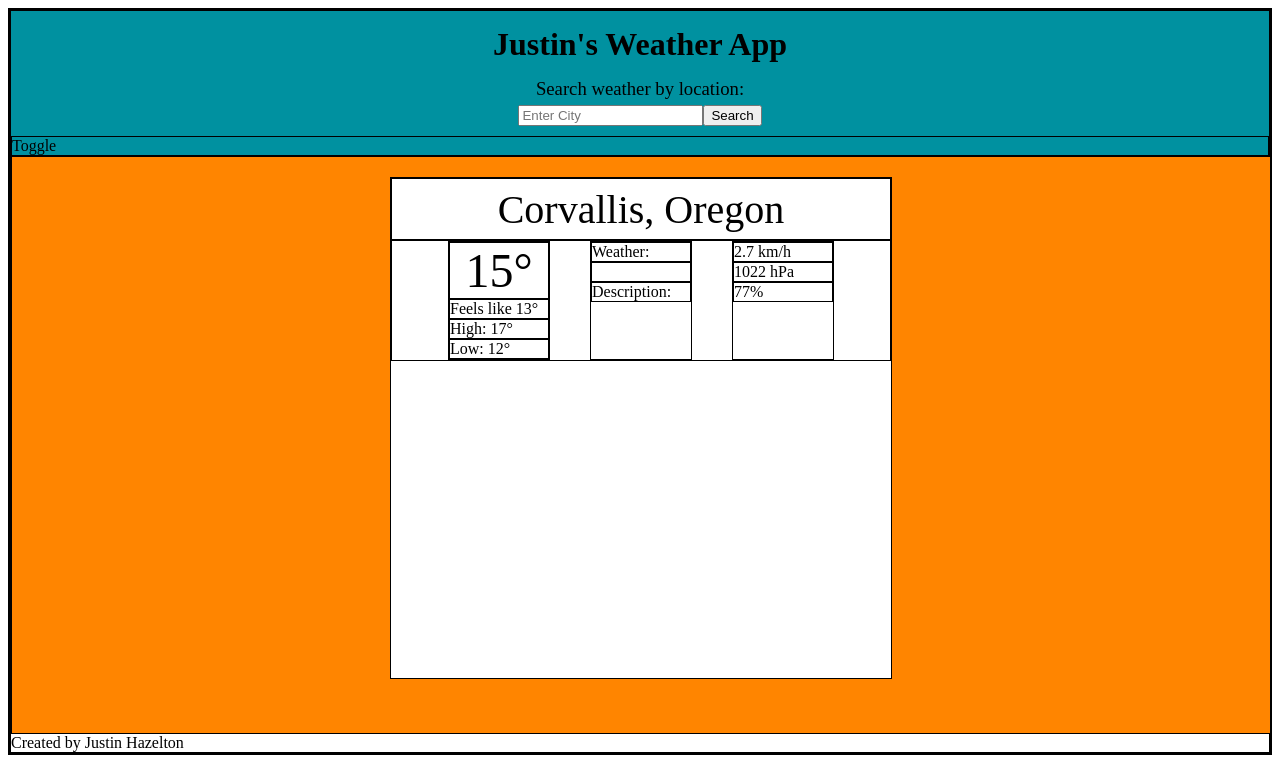
Repository: J-Haze/Weather
Page: /
These files come from the project's save history. The page is drawn as it stood at one moment and after the next save; the edit follows.
The browser window is 1280 px wide. The pictures show the whole page.
The project was rebuilt for these pictures with package versions that can differ from the ones it lists, and the page was loaded fresh each time. Also part of the build but not shown: src/index.css.

Above is the page before, as saved 2020-09-06 20:27:50.

### public/index.html
<!DOCTYPE html>
<html lang="en">
  <head>
    <meta charset="utf-8" />
    <link rel="icon" href="%PUBLIC_URL%/favicon.ico" />
    <meta name="viewport" content="width=device-width, initial-scale=1" />
    <meta name="theme-color" content="#000000" />
    <meta
      name="description"
      content="Web site created using create-react-app"
    />
    <link rel="apple-touch-icon" href="%PUBLIC_URL%/logo192.png" />
    <!--
      manifest.json provides metadata used when your web app is installed on a
      user's mobile device or desktop. See https://developers.google.com/web/fundamentals/web-app-manifest/
    -->
    <link rel="manifest" href="%PUBLIC_URL%/manifest.json" />
    <!--
      Notice the use of %PUBLIC_URL% in the tags above.
      It will be replaced with the URL of the `public` folder during the build.
      Only files inside the `public` folder can be referenced from the HTML.

      Unlike "/favicon.ico" or "favicon.ico", "%PUBLIC_URL%/favicon.ico" will
      work correctly both with client-side routing and a non-root public URL.
      Learn how to configure a non-root public URL by running `npm run build`.
    -->
    <title>Weather App ⛅</title>
  </head>
  <body>
    <noscript>You need to enable JavaScript to run this app.</noscript>
    <div id="root"></div>
    <!--
      This HTML file is a template.
      If you open it directly in the browser, you will see an empty page.

      You can add webfonts, meta tags, or analytics to this file.
      The build step will place the bundled scripts into the <body> tag.

      To begin the development, run `npm start` or `yarn start`.
      To create a production bundle, use `npm run build` or `yarn build`.
    -->
  </body>
</html>

### src/App.js
import React from "react";
import "./App.css";
import Weather from "./components/Weather"
// import Results from "./components/Results"

function App() {
  return (
    <div className="App" >
        <Weather />
    </div >
  )

}

export default App;

### src/App.css
:root{
    --light-blue: rgb(0,145,160);
    --orange: rgb(255, 133, 0);
    --dark-blue: rgb(0, 39, 96);
}

div {
    border: solid black 1px;
}

/* #root{
        width: 100%;
        height: 100%;
        bottom: 0px;
}

#app{
        width: 100%;
        height: 100%;
        bottom: 0px;
} */

header{
    background-color: var(--light-blue);
    display: flex;
    flex-direction: column;
    margin-left: auto;
    margin-right: auto;
    justify-content: center;
}

#title{
    display: flex;
    margin-left: auto;
    margin-right: auto;
    justify-content: center;
    /* align-items: center; */
    font-size: 2em;
    margin-top: 15px;
    margin-bottom: 15px;
    font-weight: bold;

    border: none;
}

#subtitle{
    display: flex;
    justify-content: center;
     align-items: center;
     margin-top: none;
     margin-bottom: 5px;;
    font-size: 1.17em;

    border: none;
}

#form{
    display: flex;
    margin-bottom: 10px;
}

#search-box{
    display: flex;
        margin-left: auto;
    justify-content: center;
     align-items: center;

}

#search-button{
    margin-right: auto;

      position: relative;
  /* width: 30px; */
  /* height: 30px;
  line-height: 30px; */
  color: black;
  /* flex-shrink: 0; */
}

#fa-search-location{
    display: flex;
    height: 100%;
    width: 100%;
    color: black;
}

#results-section{
    background-color: var(--orange);
    width: 100%;
    margin-top: 0px;
    height: 100%;
    min-height: 80vh;
}



#results-card{
    background-color: white;
    width: 500px;
    height: 500px;
    margin-top: 20px;
    margin-left: auto;
    margin-right: auto;
}

.location{
    display: flex;
    margin-left: auto;
    margin-right: auto;
    justify-content: center;
     align-items: center;
     height: 60px;
     font-size: 2.5em;
}

.row{
    display: flex;
}

.temp-container{
    margin-left: auto;
    width: 100px;
}

.weather-container{
    margin-left: 40px;
    margin-right: 40px;
    width: 100px;
}

.other-container{
    margin-right: auto;
    width: 100px;
}

.temp-main{
    display: flex;
    font-size: 3em;
    justify-content: center;
    align-items: center;
}

.temp{
}

### src/components/Weather.js
import React from 'react';
// import getWeather from "./getWeather";
import { useState, useEffect } from 'react';
import "../App.css";
// import { getIconClass, makeDate } from '../Helpers';

//Weather Icons
import sun from '../assets/icons/01n.png'
import cloud from '../assets/icons/02n.png'
import scatteredCloud from '../assets/icons/03n.png'
import brokenCloud from '../assets/icons/04n.png'
import rain from '../assets/icons/09n.png'
import heavyRain from '../assets/icons/10n.png'
import thunderstorm from '../assets/icons/11n.png'
import snow from '../assets/icons/13n.png'
import mist from '../assets/icons/50n.png'


const Weather = () => {

    let [error, setError] = useState(false);
    let [loading, setLoading] = useState(false);
    let [errorMessage, setErrorMessage] = useState("");

    let [location, setLocation] = useState("");
    const [data, setData] = useState(null);
    const [url, setUrl] = useState("")

    const [city, setCity] = useState("");
    const [country, setCountry] = useState("");
    const [weather, setWeather] = useState("");
    const [description, setDescription] = useState("");
    const [icon, setIcon] = useState("");
    const [pressure, setPressure] = useState("");
    const [humidity, setHumidity] = useState("");
    const [wind, setWind] = useState("");

    const [temp, setTemp] = useState("");
    const [max, setMax] = useState("");
    const [min, setMin] = useState("");
    const [feel, setFeel] = useState("");

    // const [searched, setSearched] = useState("false")

    //to keep API hidden:
    //const API_KEY = process.env.REACT_APP_API_KEY;
    const API_KEY = process.env.REACT_APP_API_KEY;


    const handleChange = (event) => {
        event.preventDefault();
        setLocation(event.target.value);
        console.log("event.target.value:", event.target.value)
    };

    const handleSubmit = (event) => {
        event.preventDefault();
        let urlInput = `https://api.openweathermap.org/data/2.5/weather?q=${location}&appid=${API_KEY}`
        setUrl(urlInput)
    };

    useEffect(() => {
        if (!url) return;
        console.log("url:", url)
        const fetchWeather = async () => {
            setLoading(true);
            setError(false);
            try {
                const response = await fetch(url);
                const data = await response.json();
                console.log()
                if (data.cod !== 200) throw new Error(`${data.cod}: ${data.message}`);
                setData(data);
                setCity(data.name);
                setCountry(data.sys.country)
                // date: makeDate(),
                setWeather(data.weather[0].main);
                setDescription(data.weather[0].description);
                setIcon(data.weather[0].icon)
                //^^ get picture based on what the icon is
                setPressure(data.main.pressure);
                setHumidity(data.main.humidity);
                setWind(data.wind.speed);
                setTemp(data.main.temp);
                setMax(data.main['temp_max']);
                setMin(data.main['temp_min']);
                setFeel(data.main['feels_like']);
            } catch (error) {
                setError(true);
                setErrorMessage(error.message);
                console.log(error);
            }
        };
        setLoading(false);
        fetchWeather();
    },
        [url]
    );

    const weatherIcons = {
        '01n': sun,
        '02n': cloud,
        '03n': scatteredCloud,
        '04n': brokenCloud,
        '09n': rain,
        '10n': heavyRain,
        '11n': thunderstorm,
        '13n': snow,
        '50n': mist
    };


    // function toCelsius(fahrenheit) {
    //     return (fahrenheit - 32) * 5 / 9;
    // }

    // function toFahrenheit(celsius) {
    //     return (celsius * 9 / 5) + 32;
    // }


    console.log(error, loading, errorMessage, data)

    return (
        <div id="app">
            <header id="header">
                <div id="title" >Justin's Weather App</div>
                <div id="subtitle"> Search weather by location:</div>
                <form onSubmit={handleSubmit} id="form">
                    <input
                        type="text"
                        name="location"
                        placeholder="Enter City"
                        maxLength="50"
                        value={location || ""}
                        onChange={handleChange}
                        id="search-box"
                    />
                    <button type="submit" id="search-button">
                        <i className="fas fa-search-location"></i>
                        Search
                    </button>
                </form>
                <div> Toggle </div>
            </header>
            <div id="results-section">
                <div id="results-card">
                    <div className="location">
                        {`Corvallis, Oregon${city}${country}`}
                    </div>

                    <div className="row">
                        <div className="temp-container">
                            <div className="temp-main">15&#176; {temp}</div>
                            <div className="feel temp">Feels like 13&#176; {feel}</div>
                            <div className="max temp">High: 17&#176; {max}</div>
                            <div className="min temp">Low: 12&#176; {min}</div>

                        </div>

                        <div className="weather-container">
                            <div className="weather"> Weather: {weather} </div>
                            <div className="icon"><img src={weatherIcons[icon]} /></div>
                            <div className="description">Description: {description}</div>
                        </div>

                        <div className="other-container">
                            <div className="wind">2.7 km/h {wind}</div>
                            <div className="pressure">1022 hPa {pressure}</div>
                            <div className="humidity">77% {humidity}</div>
                        </div>
                    </div>
                </div>
            </div>
            <footer>
                Created by Justin Hazelton
            </footer>
        </div>
    )

}

export default Weather

Loaded but not shown: src/index.js (common file); src/serviceWorker.js (common file)

After the next save:
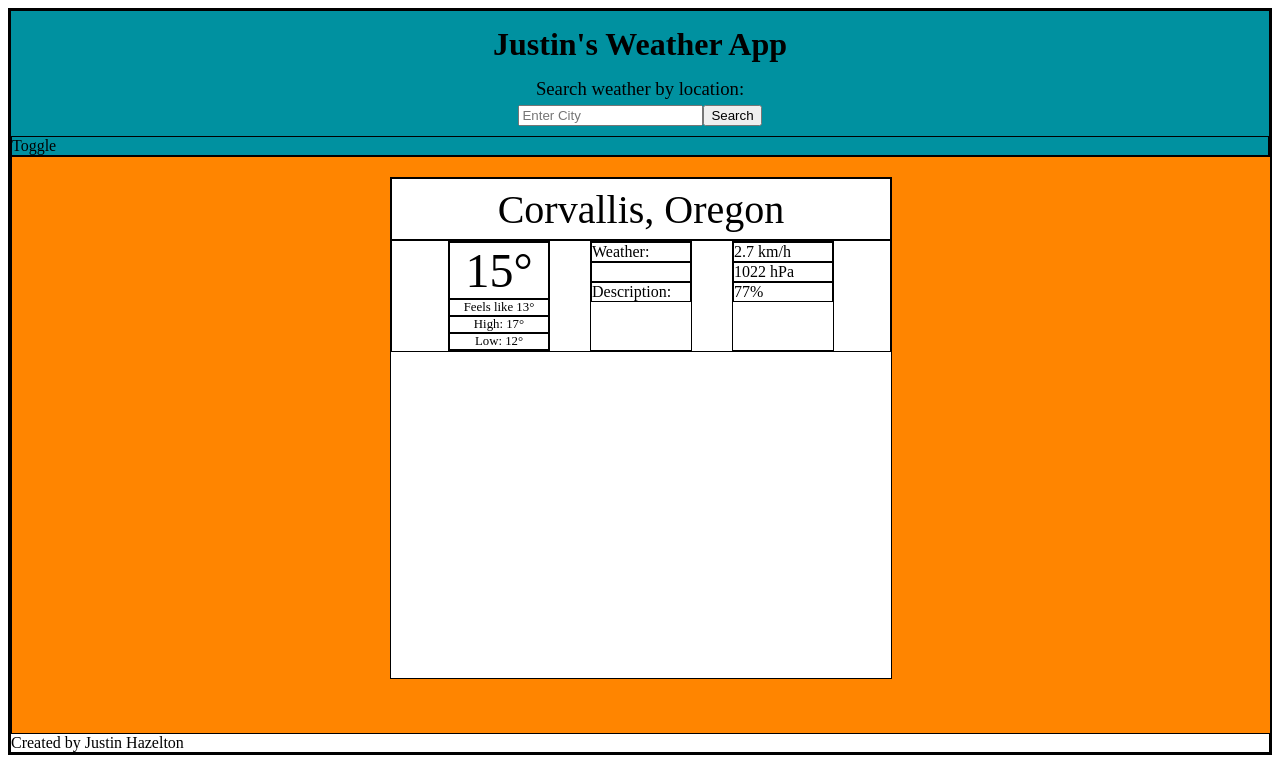
Saved 8 min 30 s later.
--- a/src/App.css
+++ b/src/App.css
@@ -142,4 +142,14 @@ header{
 }
 
 .temp{
+        display: flex;
+    font-size: .8em;
+    justify-content: center;
+    align-items: center;
 }
+
+.mid{
+    display: flex;
+    justify-content: center;
+    align-items: center;
+}
